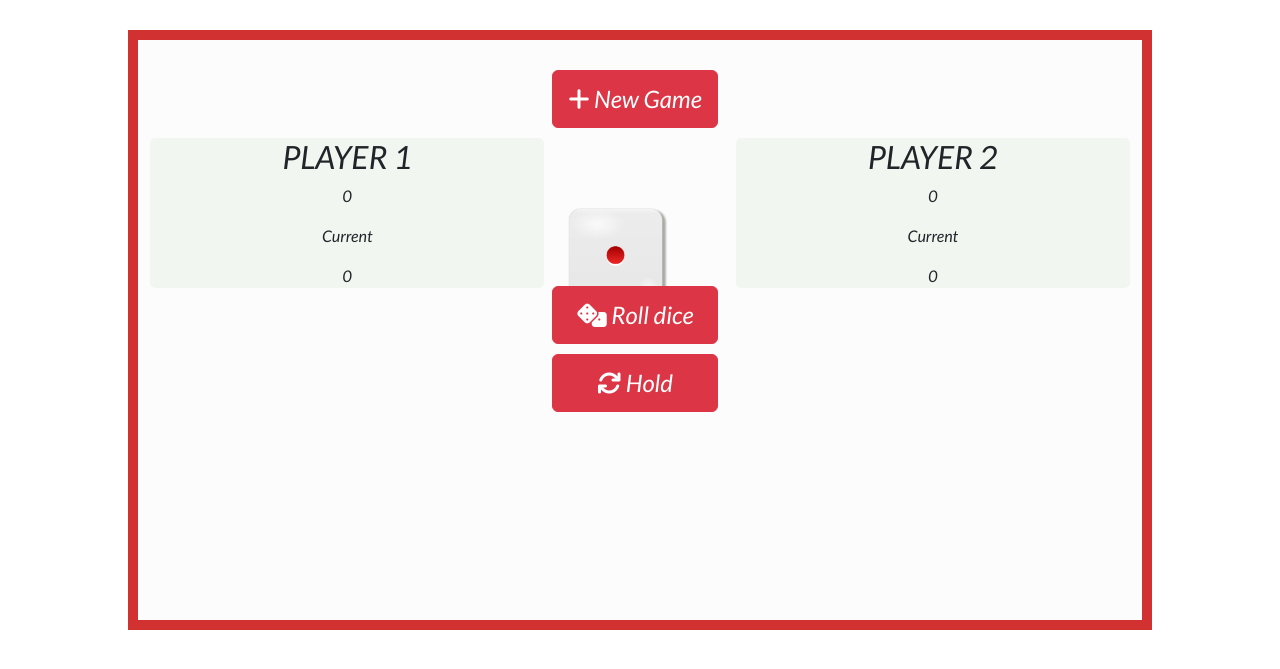
Repository: haifabilel/Eval_JAVASCRIPT
Page: index.html
The author's editor kept a copy of each file at every save. The page is drawn from the files as they stood at one save, then again after the next save.
The browser window is 1280 px wide. The pictures show the whole page.
Some web libraries are served in a nearby version.

Above is the page before, as saved 2023-06-03 13:39:54.

### index.html
<!DOCTYPE html>
<html lang="fr">
<head>
    <meta charset="UTF-8">
    <meta http-equiv="X-UA-Compatible" content="IE=edge">
    <meta name="viewport" content="width=device-width, initial-scale=1.0">
    <title>GameEval</title>
    <!-- Bootstrap -->
    <link href="https://cdn.jsdelivr.net/npm/bootstrap@5.3.0-alpha3/dist/css/bootstrap.min.css" rel="stylesheet" integrity="sha384-KK94CHFLLe+nY2dmCWGMq91rCGa5gtU4mk92HdvYe+M/SXH301p5ILy+dN9+nJOZ" crossorigin="anonymous">
    <!-- Bootstrap icons CSS -->
    <link rel="stylesheet" href="https://cdn.jsdelivr.net/npm/bootstrap-icons@1.6.1/font/bootstrap-icons.css">
    <!-- font awesome cdn link-->
    <link rel="stylesheet" href="https://cdnjs.cloudflare.com/ajax/libs/font-awesome/6.3.0/css/all.min.css" integrity="sha512-SzlrxWUlpfuzQ+pcUCosxcglQRNAq/DZjVsC0lE40xsADsfeQoEypE+enwcOiGjk/bSuGGKHEyjSoQ1zVisanQ==" crossorigin="anonymous" referrerpolicy="no-referrer">
    <!-- CSS Link -->
    <link rel="stylesheet" href="style.css">
</head>
<body>
    <div class="container-fluid" >
     <header>
         <button class="btn btn_newGame btn-danger"><i class="fa-solid fa-plus"></i> New Game</button>
    </header>
    <main>
        <div class="row">
            <!-- Player One  -->
            <div class="col-sm-5 mx-auto">
                <section class="player player_0 player_active">
                    <h2 class="label" id="label_0">PLAYER 1</h2>
                    <p class="score" id="score_0" >0</p>
                    <div class="current">
                        <p class="current_label">Current</p>
                        <p class="current_score" id="current_0">0</p>
                    </div>
                </section>
            </div>
            <!-- Dice image -->
            <div class="col-sm-2 mx-auto">
                <img src="/asset//dice1.png" alt="imageDice" class="dice" style="width: 100px;">
            </div>
             <!-- Player Tow  -->
             <div class="col-sm-5 mx-auto">
                <section class="player player_1">
                    <h2 class="label" id="label_1">PLAYER 2</h2>
                    <p class="score" id="score_1">0</p>
                    <div class="current">
                        <p class="current_label">Current</p>
                        <p class="current_score" id="current_1">0</p>
                    </div>
                </section>
             </div>
        </div>
    </main>
    <!-- Button RollDice -->
    <div class="button_roll">
        <button class="btn btn_roll btn-danger"><i class="fa-solid fa-dice"></i> Roll dice</button>
    </div>
    <div class="button_hold">
        <button class="btn btn_hold btn-danger"><i class="fa-solid fa-arrows-rotate"></i> Hold</button>
    </div>
    </div>


    <script src="https://code.jquery.com/jquery-3.5.1.slim.min.js" integrity="sha384-DfXdz2htPH0lsSSs5nCTpuj/zy4C+OGpamoFVy38MVBnE+IbbVYUew+OrCXaRkfj" crossorigin="anonymous"></script>
    <script src="https://cdn.jsdelivr.net/npm/popper.js@1.16.0/dist/umd/popper.min.js" integrity="sha384-Q6E9RHvbIyZFJoft+2mJbHaEWldlvI9IOYy5n3zV9zzTtmI3UksdQRVvoxMfooAo" crossorigin="anonymous"></script>
    <script src="https://cdn.jsdelivr.net/npm/bootstrap@5.3.0-alpha3/dist/js/bootstrap.bundle.min.js" integrity="sha384-ENjdO4Dr2bkBIFxQpeoTz1HIcje39Wm4jDKdf19U8gI4ddQ3GYNS7NTKfAdVQSZe" crossorigin="anonymous"></script>
    <script src="script.js"></script>
</body>
</html>

### style.css
@import url('https://fonts.googleapis.com/css2?family=Lato:ital,wght@1,300;1,400;1,700&display=swap');
*{
    font-family: Lato;
}
.container-fluid{
    box-shadow:0.5rem 1 rem rgba(0,0,0,.5);
    background-color: #fdfcfc;
    width:80%;
    height: 600px;
    border: 10px solid  #d13131;
    margin-top: 30px;
}
.row{
    margin-top:80px;
}
/* Playerss */
.player_0 , .player_1{
    background-color:#f1f7f0;
    text-align:center;
    border-radius:5px;
    margin-top:-70px;
}
/* Buttons */
.btn_roll{
    margin-left:41%;
    margin-top:50px;
    width:17%;
    font-size:1.5rem;
    padding:10px;
    margin-top:-20px;
}
.btn_hold{
    padding:10px;
    margin-left:41%;
    margin-top:10px;
    width:17%;
    font-size:1.5rem;

}
.btn_newGame{
    margin-top:30px;
    padding: 10px;
    margin-left:41%;
    width:17%;
    font-size:1.5rem;
}

Loaded but not shown: script.js (no copy from this time; the picture is the same without it)

After the next save:
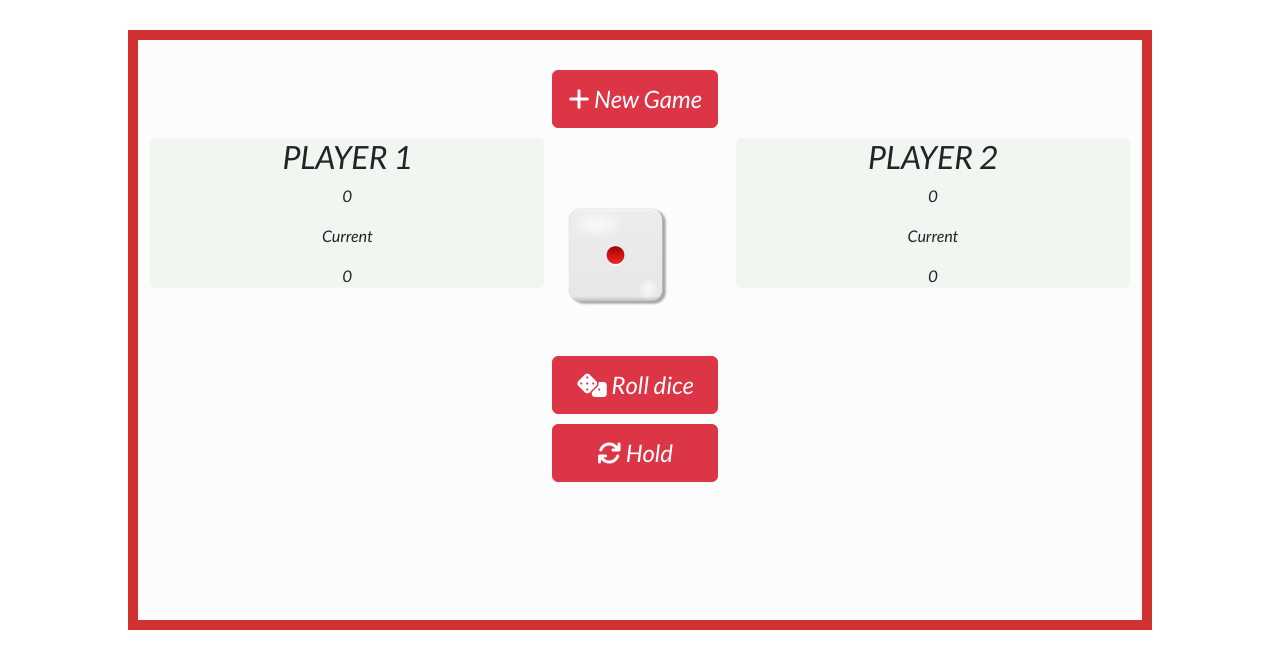
Saved 35 s later.
--- a/style.css
+++ b/style.css
@@ -27,7 +27,7 @@
     width:17%;
     font-size:1.5rem;
     padding:10px;
-    margin-top:-20px;
+
 }
 .btn_hold{
     padding:10px;
